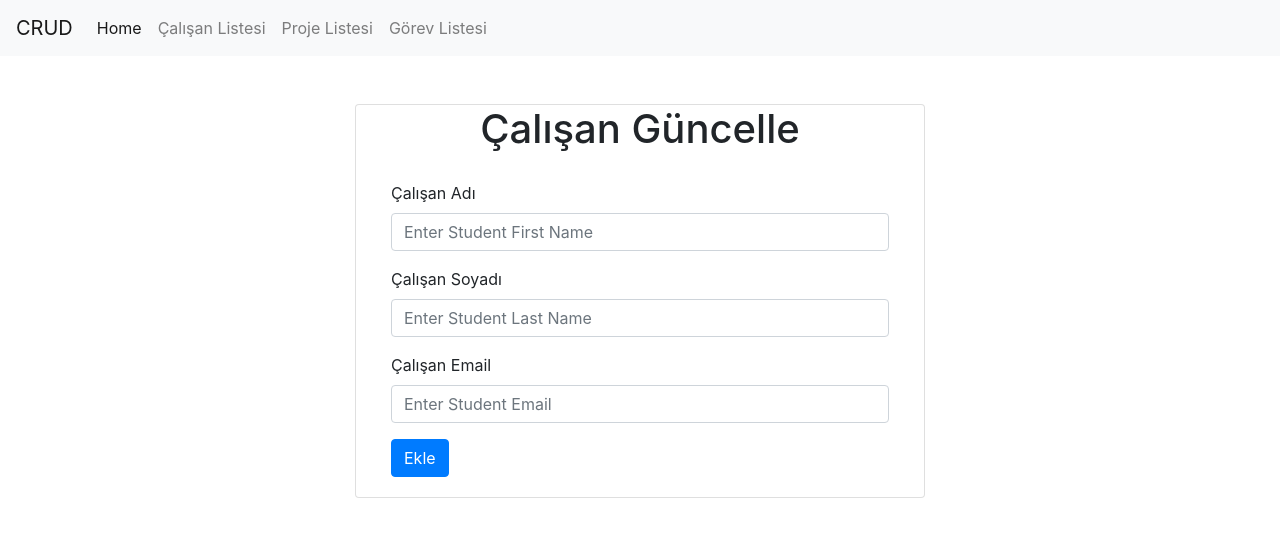
Repository: AhmetOzgul/veri_Taban-_proje
Page: http://localhost/user-edit
The author's editor kept a copy of each file at every save. The page is drawn from the files as they stood at one save, then again after the next save.
The browser window is 1280 px wide. The pictures show the whole page.
The page is this project's Thymeleaf template; nobody is signed in. The template is opened directly, without the code that normally fills it, so the values that code supplies are empty.

Above is the page before, as saved 2024-01-16 18:38:19.

After the next save:
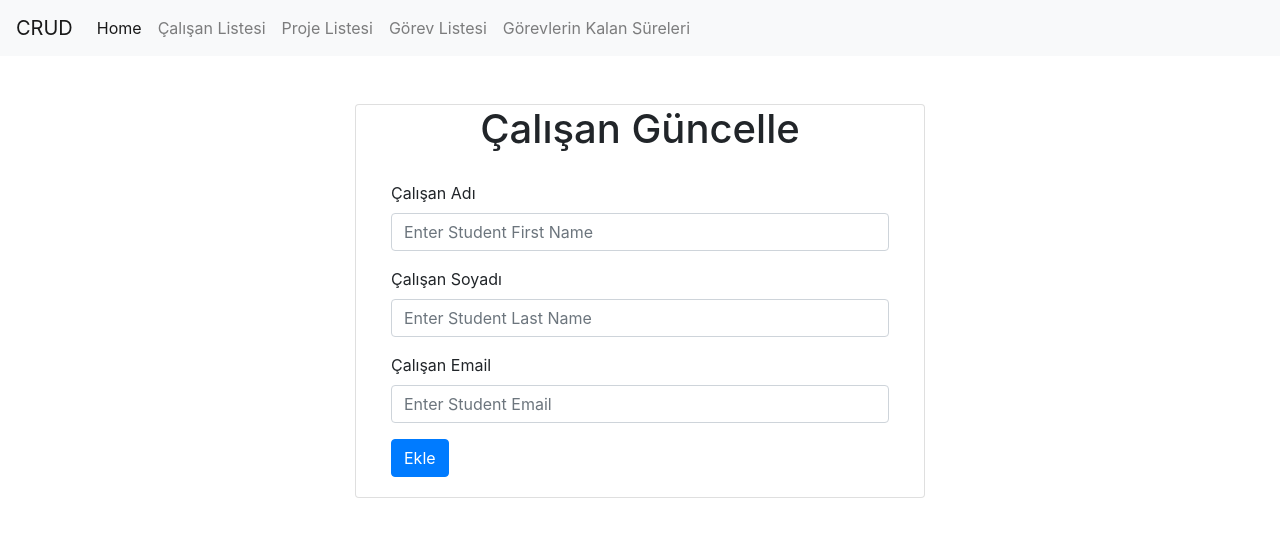
Saved 21 s later.
--- a/vtys2/vtys/src/main/resources/templates/user-edit.html
+++ b/vtys2/vtys/src/main/resources/templates/user-edit.html
@@ -27,6 +27,9 @@
 			<li class="nav-item">
 				<a class="nav-link" href="/tasks">Görev Listesi</a>
 			  </li>
+			                <li class="nav-item">
+        <a class="nav-link" href="/remaining-days">Görevlerin Kalan Süreleri</a>
+    </li>
 		  </ul>
 		</div>
 	  </nav>
